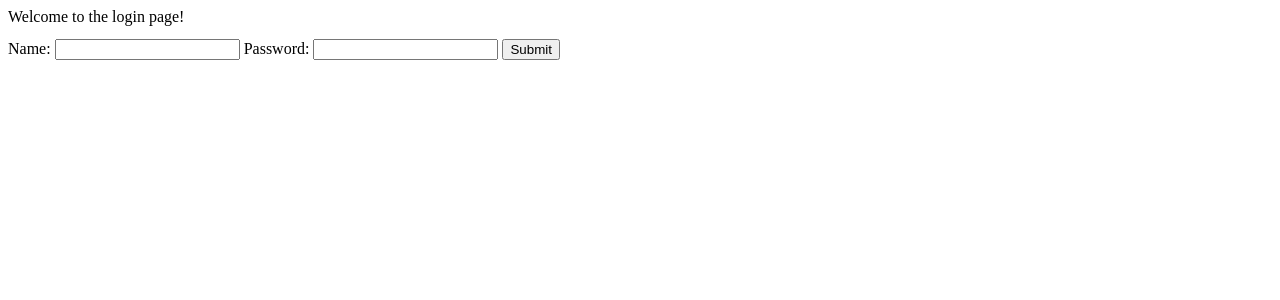
Repository: Baemint2/SPRING
Page: http://localhost/myfirstwebapp/src/main/resources/META-INF/resources/jsp/login.jsp
An editor plug-in stored every save of this project. The page is shown before and after the next save, followed by the edit.
The browser window is 1280 px wide. The pictures show the whole page.
The page is served by Tomcat 9.

Above is the page before, as saved 2023-12-14 04:06:11.

After the next save:
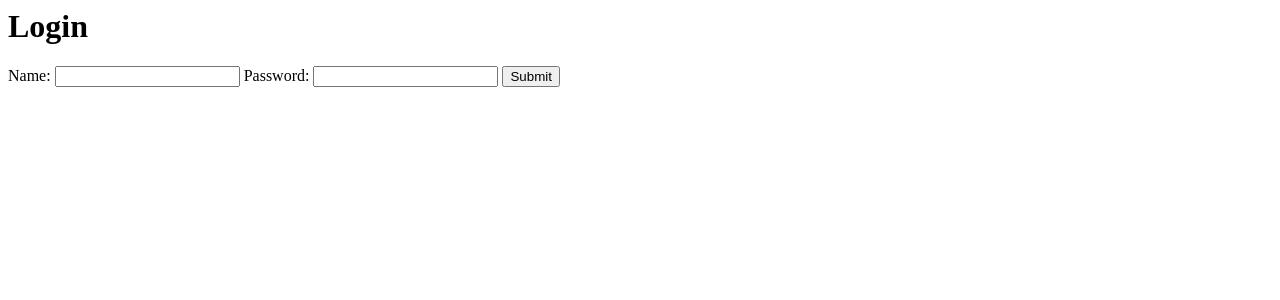
Saved 14 s later.
--- a/myfirstwebapp/src/main/resources/META-INF/resources/jsp/login.jsp
+++ b/myfirstwebapp/src/main/resources/META-INF/resources/jsp/login.jsp
@@ -4,7 +4,7 @@
   </head>
   <body>
   		<div class="container">
-	  		Welcome to the login page!
+	  		<h1>Login</h1>
 	  		<pre>${errorMessage}</pre>
 	  		<form method="post">
 	  			Name: <input type="text" name="name">
